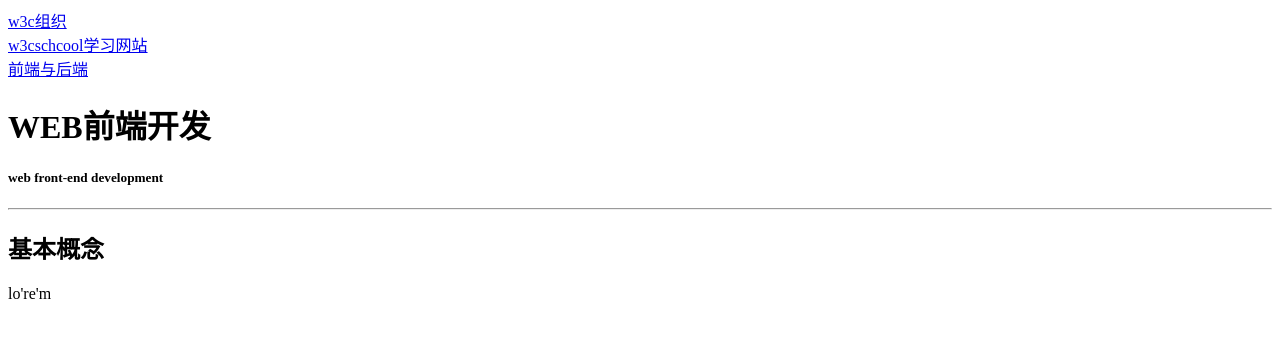
Repository: kankda11/WebProject1
Page: front.html
The author's editor kept a copy of each file at every save. The page is drawn from the files as they stood at one save, then again after the next save.
The browser window is 1280 px wide. The pictures show the whole page.

Above is the page before, as saved 2020-07-11 14:28:01.

After the next save:
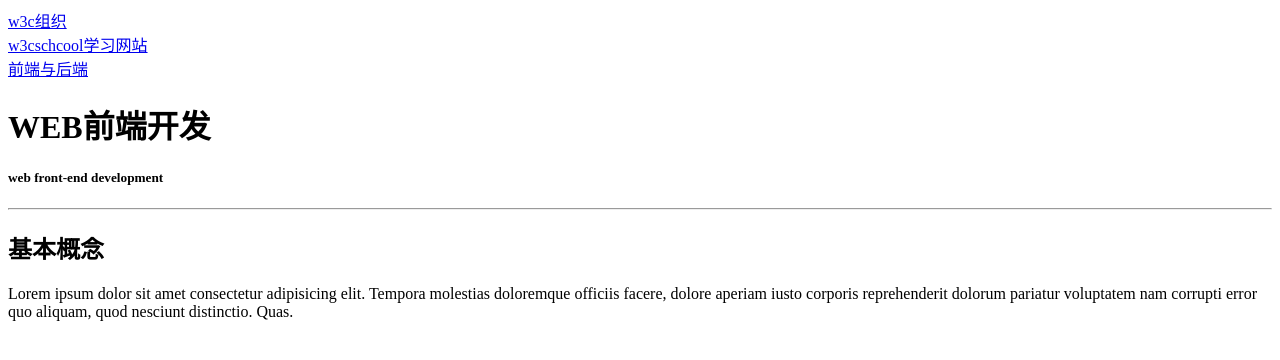
Saved 4 s later.
--- a/front.html
+++ b/front.html
@@ -13,6 +13,6 @@
     <h5>web front-end development</h5>
     <hr />
     <h2>基本概念</h2>
-    <p>lo're'm</p>
+    <p>Lorem ipsum dolor sit amet consectetur adipisicing elit. Tempora molestias doloremque officiis facere, dolore aperiam iusto corporis reprehenderit dolorum pariatur voluptatem nam corrupti error quo aliquam, quod nesciunt distinctio. Quas.</p>
   </body>
 </html>
